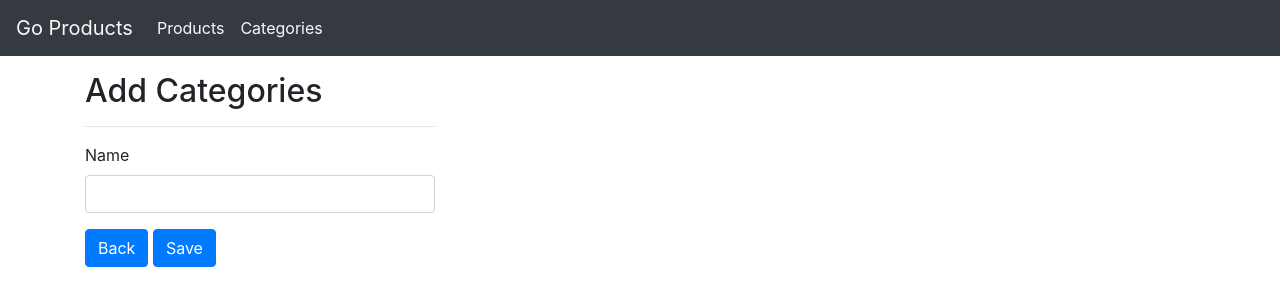
Repository: Nouthemoran/go-web-native-crud
Page: views/category/create.html
An editor plug-in stored every save of this project. The page is shown before and after the next save, followed by the edit.
The browser window is 1280 px wide. The pictures show the whole page.

Above is the page before, as saved 2023-10-05 16:11:11.

### views/category/create.html
<!doctype html>
<html lang="en">
  <head>
    <!-- Required meta tags -->
    <meta charset="utf-8">
    <meta name="viewport" content="width=device-width, initial-scale=1, shrink-to-fit=no">

    <!-- Bootstrap CSS -->
    <link rel="stylesheet" href="https://cdn.jsdelivr.net/npm/bootstrap@4.3.1/dist/css/bootstrap.min.css" integrity="sha384-ggOyR0iXCbMQv3Xipma34MD+dH/1fQ784/j6cY/iJTQUOhcWr7x9JvoRxT2MZw1T" crossorigin="anonymous">

    <title>golang project</title>
  </head>
  <body>
    <!-- Navbar -->
    <nav class="navbar navbar-expand-lg bg-dark">
        <a class="navbar-brand text-light" href="#">Go Products</a>
        <button class="navbar-toggler" type="button" data-toggle="collapse" data-target="#navbarNav" aria-controls="navbarNav" aria-expanded="false" aria-label="Toggle navigation">
          <span class="navbar-toggler-icon"></span>
        </button>
        <div class="collapse navbar-collapse" id="navbarNav">
          <ul class="navbar-nav ms-auto">
            <li class="nav-item active">
              <a class="nav-link text-light" href="/products">Products<span class="sr-only">(current)</span></a>
            </li>
            <li class="nav-item">
              <a class="nav-link text-light" href="/categories">Categories</a>
            </li>
          </ul>
        </div>
      </nav>
    <!-- End of Navbar -->

    <div class="container mt-3">
        <div class="row d-flex justify-content-enter ">
            <div class="col-4">
                <h2>Add Categories</h2>
                <hr>
                <form action="/categories/create" method="POST">
                    <div class="form-group">
                        <label>Name</label>
                        <input type="text" class="form-control" name="name" autocomplete="off">

                      </div>
                      <div class="float-end">
                        <a href="/categories" class="btn btn-primary">Back</a>
                        <button class="btn btn-primary">Save</button>
                      </div>
                </form>
            </div>
        </div>

    </div>

    <!-- Optional JavaScript -->
    <!-- jQuery first, then Popper.js, then Bootstrap JS -->
    <script src="https://code.jquery.com/jquery-3.3.1.slim.min.js" integrity="sha384-q8i/X+965DzO0rT7abK41JStQIAqVgRVzpbzo5smXKp4YfRvH+8abtTE1Pi6jizo" crossorigin="anonymous"></script>
    <script src="https://cdn.jsdelivr.net/npm/popper.js@1.14.7/dist/umd/popper.min.js" integrity="sha384-UO2eT0CpHqdSJQ6hJty5KVphtPhzWj9WO1clHTMGa3JDZwrnQq4sF86dIHNDz0W1" crossorigin="anonymous"></script>
    <script src="https://cdn.jsdelivr.net/npm/bootstrap@4.3.1/dist/js/bootstrap.min.js" integrity="sha384-JjSmVgyd0p3pXB1rRibZUAYoIIy6OrQ6VrjIEaFf/nJGzIxFDsf4x0xIM+B07jRM" crossorigin="anonymous"></script>
  </body>
</html>

After the next save:
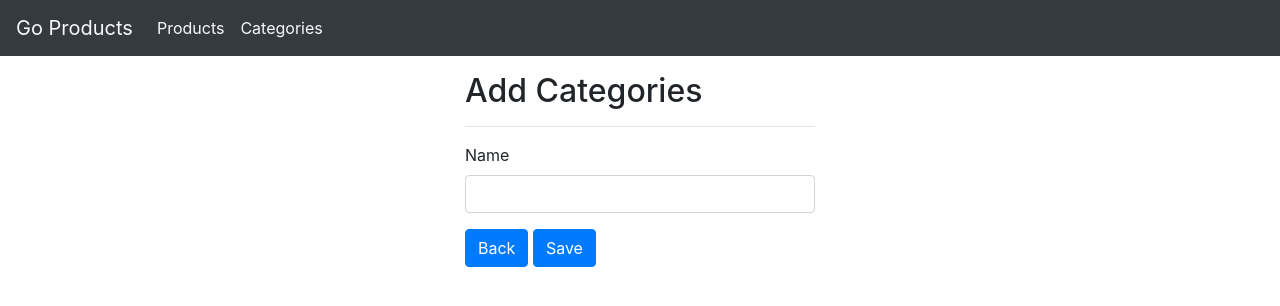
Saved 4 s later.
--- a/views/category/create.html
+++ b/views/category/create.html
@@ -31,7 +31,7 @@
     <!-- End of Navbar -->
 
     <div class="container mt-3">
-        <div class="row d-flex justify-content-enter ">
+        <div class="row d-flex justify-content-center ">
             <div class="col-4">
                 <h2>Add Categories</h2>
                 <hr>
